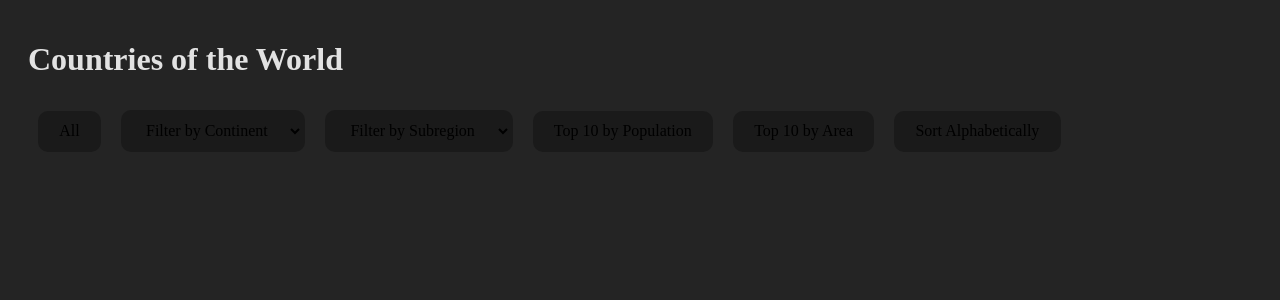
Repository: SandyLy453/comp-lab10
Page: /
An editor plug-in stored every save of this project. The page is shown before and after the next save, followed by the edit.
The browser window is 1280 px wide. The pictures show the whole page.
The page's requests for data from a server got no answer. The project was rebuilt for these pictures with package versions that can differ from the ones it lists, and the page was loaded fresh each time. No one was signed in, and anything a server would have sent is missing. Also part of the build but not shown: vite.config.js, src/components/Contry.jsx.

Above is the page before, as saved 2024-11-14 23:09:56.

After the next save:
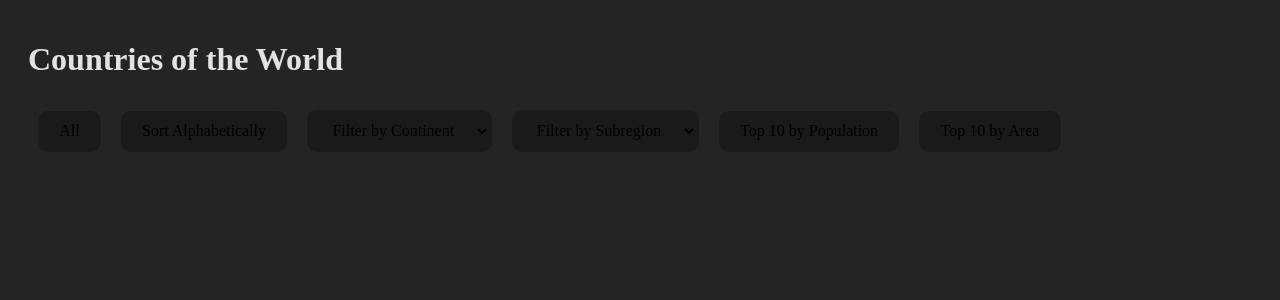
Saved 59 s later.
--- a/src/App.jsx
+++ b/src/App.jsx
@@ -72,10 +72,11 @@ function App() {
         <h1>Countries of the World</h1>
         <div>
           <button onClick={() => handleFilter("all", "")}>All</button>
+          <button onClick={handleSort}>Sort Alphabetically</button>
           <select
           value={filter.continent}
           onChange={(e) => handleFilter("continent", e.target.value)}
-        >
+          >
           <option value="">Filter by Continent</option>
           {uniqueContinents.map((continent, index) => (
             <option key={index} value={continent}>
@@ -83,7 +84,6 @@ function App() {
             </option>
           ))}
           </select>
-
           <select
             value={filter.subregion}
             onChange={(e) => handleFilter("subregion", e.target.value)}
@@ -98,7 +98,6 @@ function App() {
 
           <button onClick={() => handleTop10("population")}>Top 10 by Population</button>
           <button onClick={() => handleTop10("area")}>Top 10 by Area</button>
-          <button onClick={handleSort}>Sort Alphabetically</button>
         </div>
         <Countries countries={filteredCountries} />
       </div>
